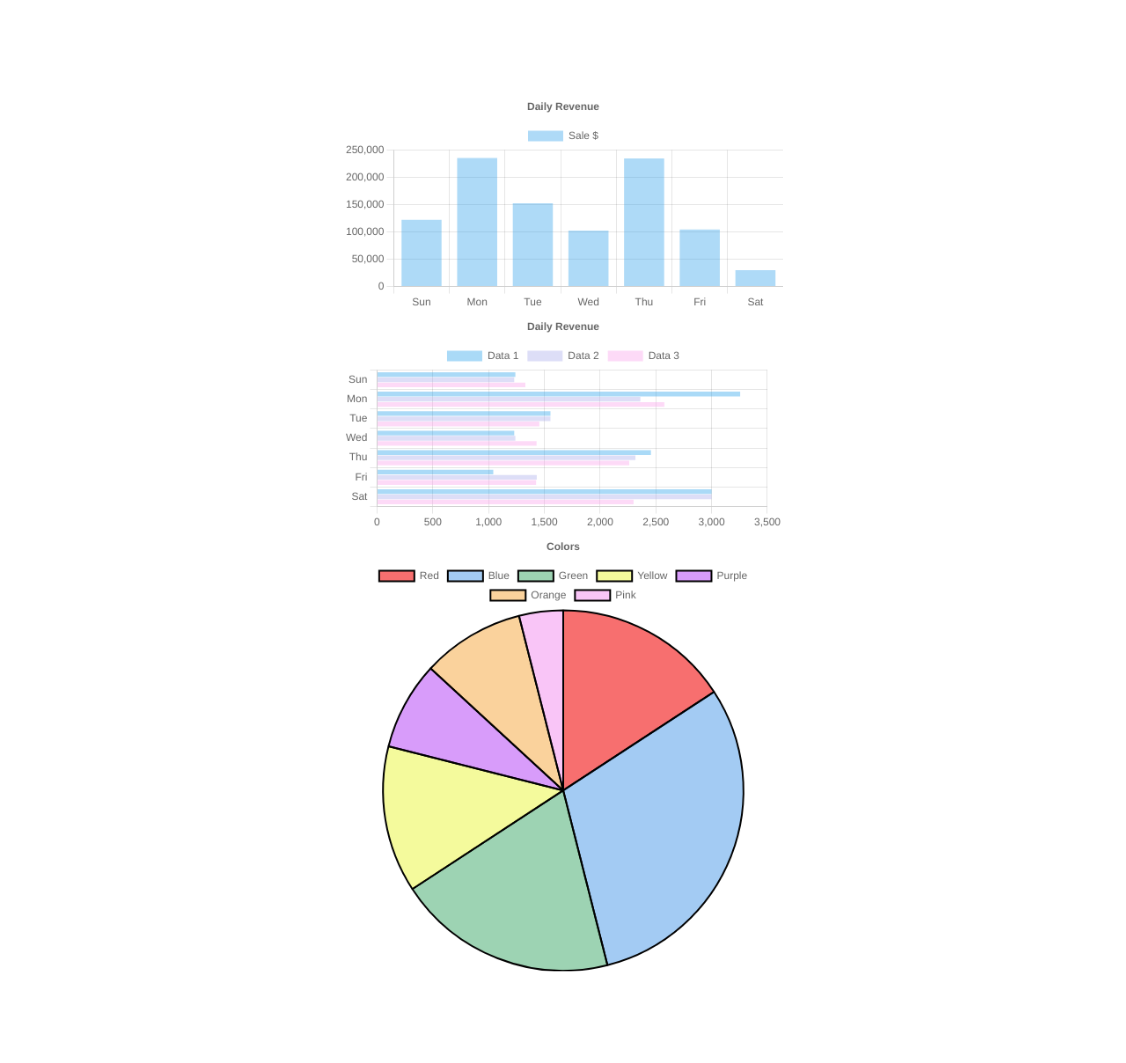
Repository: k8ANStar/exercise-5
Page: /
An editor plug-in stored every save of this project. The page is shown before and after a run of saves, followed by the edit.
The browser window is 1280 px wide. The pictures show the whole page, at 88% of full size.
The project was rebuilt for these pictures with package versions that can differ from the ones it lists, and the page was loaded fresh each time. The framework's server and built-in components were replaced by stand-ins that run in the browser. Also part of the build but not shown: next.config.mjs.

Above is the page before, as saved 2024-04-15 10:48:13.

After the next 6 saves:
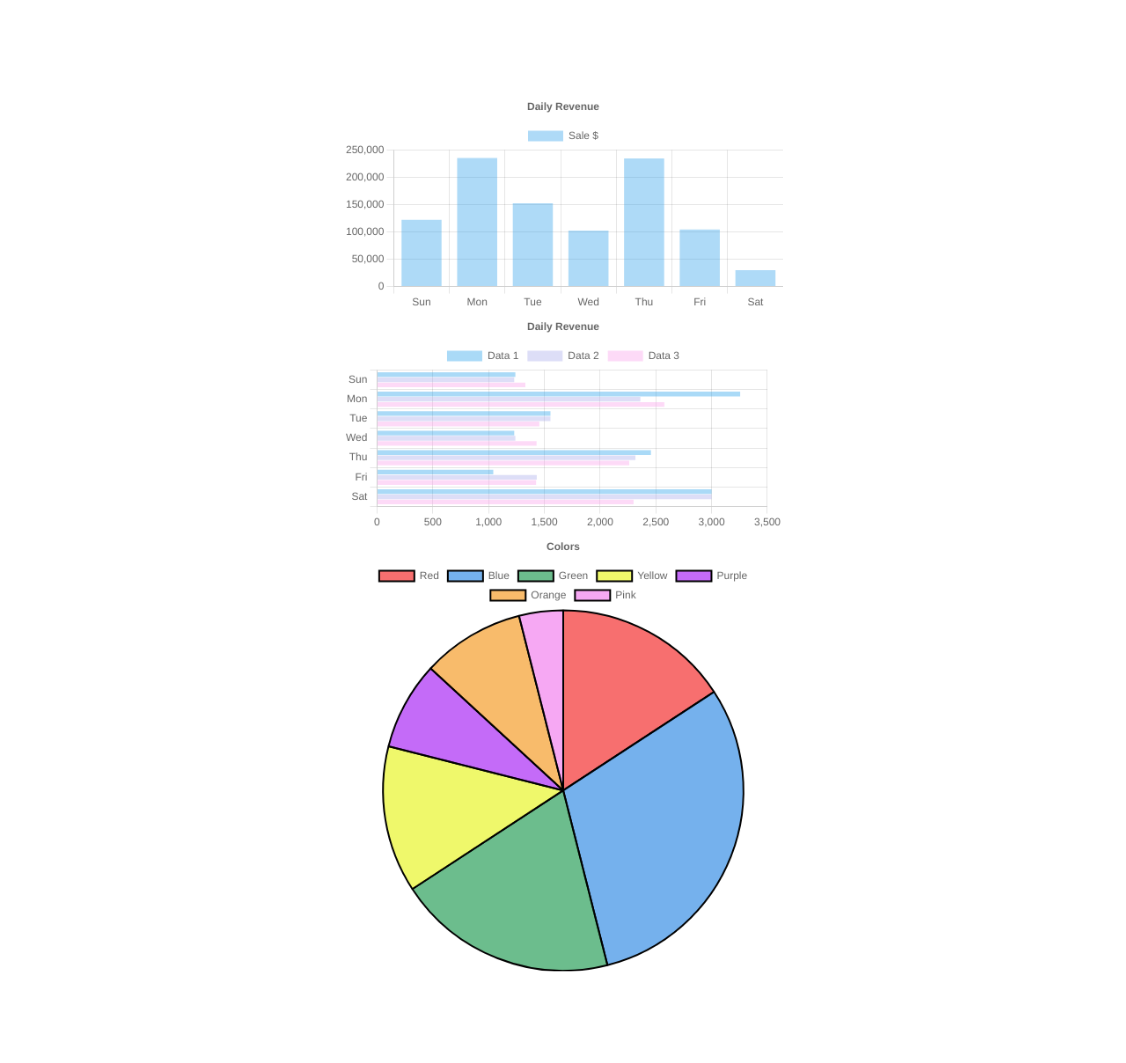
The 6 saves are shown as one change because they came seconds apart.
The last was saved 17 s later.
--- a/components/PieChart/index.js
+++ b/components/PieChart/index.js
@@ -28,12 +28,12 @@ export default function PieChart() {
 					borderColor: "rgb(0, 0, 0)",
 					backgroundColor: [
 						"rgb(242, 15, 15, 0.6)",
-						"rgb(25, 126, 226, 0.4)",
-						"rgb(11, 146, 65, 0.4)",
-						"rgb(228, 243, 9, 0.4)",
-						"rgb(157, 9, 243, 0.4)",
-						"rgb(243, 142, 9, 0.4)",
-						"rgb(240, 111, 236, 0.4)",
+						"rgb(25, 126, 226, 0.6)",
+						"rgb(11, 146, 65, 0.6)",
+						"rgb(228, 243, 9, 0.6)",
+						"rgb(157, 9, 243, 0.6)",
+						"rgb(243, 142, 9, 0.6)",
+						"rgb(240, 111, 236, 0.6)",
 					],
 				},
 			],
